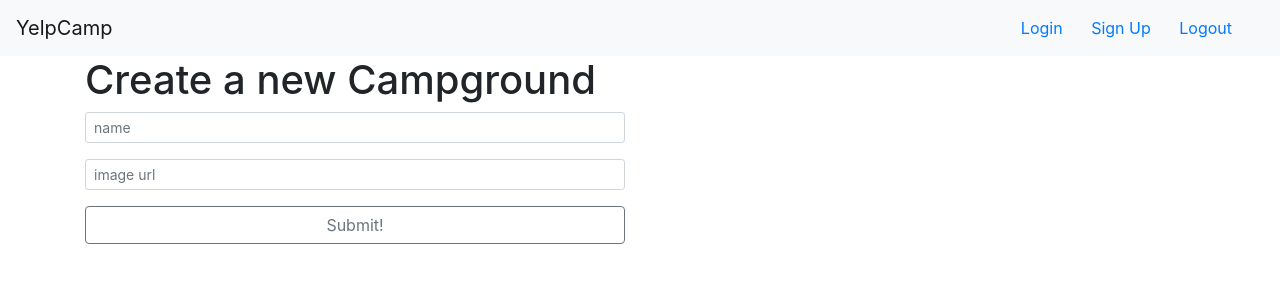
Repository: manojsatya/YelpCamp
Page: http://localhost/campgrounds/new
The author's editor kept a copy of each file at every save. The page is drawn from the files as they stood at one save, then again after the next save.
The browser window is 1280 px wide. The pictures show the whole page.
The page is served by the project's Node server (app.js).

Above is the page before, as saved 2019-06-14 18:05:30.
Console error: TypeError: Cannot read properties of undefined (reading 'fn')

### views/new.ejs
<% include partials/header %>


<div class="container">
    <div class="row">
        <div class="col-md-3 col-lg-6">
            <h1>Create a new Campground</h1>
            <form action="/campgrounds" method="POST">
                <div class="form-group">
                    <input class="form-control form-control-sm" type="text" name="name" id="" placeholder="name">
                </div>
                <div class="form-group">
                    <input class="form-control form-control-sm" type="text" name="image" id="" placeholder="image url">
                </div>
                <div class="form-group">
                    <button class="btn btn-outline-secondary btn-block"> Submit!</button>
                </div>
            </form>
        </div>
    </div>
</div>

<% include partials/footer %>

### views/partials/header.ejs
<!DOCTYPE html>
<html lang="en">
<head>
    <meta charset="UTF-8">
    <meta name="viewport" content="width=device-width, initial-scale=1.0">
    <meta http-equiv="X-UA-Compatible" content="ie=edge">
    <title>YelpCamp</title>
    <link rel="stylesheet" href="https://stackpath.bootstrapcdn.com/bootstrap/4.3.1/css/bootstrap.min.css">
</head>
<body>
        <nav class="navbar navbar-light bg-light">
                <a class = "navbar-brand" href="">YelpCamp</a>
                <div class="navbar-right mr-sm-2">
                    <a class = "mr-sm-4" href="">Login</a>
                    <a class = "mr-sm-4" href="">Sign Up</a>
                    <a class = "mr-sm-4" href="">Logout</a>
                </div>

            </nav>

        <script src="https://stackpath.bootstrapcdn.com/bootstrap/4.3.1/js/bootstrap.min.js"></script>

### app.js
var express = require("express");
var app = express();
var bodyParser = require("body-parser");

app.use(bodyParser.urlencoded({extended: true}));
app.set("view engine", "ejs");

var campgrounds = [
    {name: "Manoj Satya", image: "https://static.rootsrated.com/image/upload/s--_i1nqUT1--/t_rr_large_traditional/oy9xsbijv8wehnrzv0zt.jpg"},
    {name: "Shradha Shiv", image: "https://encrypted-tbn0.gstatic.com/images?q=tbn:ANd9GcQ5b9dOfcfle_RwfdPS21qwfn5kcQ_BfHuL4uoVApARc1INLCfp"},
    {name: "Meghana", image: "http://hudsonshope.ca/wp-content/uploads/2016/10/Inflatable-Boat.jpg"},
    {name: "Manoj Satya", image: "https://static.rootsrated.com/image/upload/s--_i1nqUT1--/t_rr_large_traditional/oy9xsbijv8wehnrzv0zt.jpg"},
    {name: "Shradha Shiv", image: "https://encrypted-tbn0.gstatic.com/images?q=tbn:ANd9GcQ5b9dOfcfle_RwfdPS21qwfn5kcQ_BfHuL4uoVApARc1INLCfp"},
    {name: "Meghana", image: "http://hudsonshope.ca/wp-content/uploads/2016/10/Inflatable-Boat.jpg"},
    {name: "Manoj Satya", image: "https://static.rootsrated.com/image/upload/s--_i1nqUT1--/t_rr_large_traditional/oy9xsbijv8wehnrzv0zt.jpg"},
    {name: "Shradha Shiv", image: "https://encrypted-tbn0.gstatic.com/images?q=tbn:ANd9GcQ5b9dOfcfle_RwfdPS21qwfn5kcQ_BfHuL4uoVApARc1INLCfp"},
    {name: "Meghana", image: "http://hudsonshope.ca/wp-content/uploads/2016/10/Inflatable-Boat.jpg"},
    {name: "Manoj Satya", image: "https://static.rootsrated.com/image/upload/s--_i1nqUT1--/t_rr_large_traditional/oy9xsbijv8wehnrzv0zt.jpg"},
    {name: "Shradha Shiv", image: "https://encrypted-tbn0.gstatic.com/images?q=tbn:ANd9GcQ5b9dOfcfle_RwfdPS21qwfn5kcQ_BfHuL4uoVApARc1INLCfp"},
    {name: "Meghana", image: "http://hudsonshope.ca/wp-content/uploads/2016/10/Inflatable-Boat.jpg"}
]

app.get("/", function(req, res){
    res.render("landing");
});

app.get("/campgrounds", function(req, res){
    res.render("campgrounds",{campgrounds:campgrounds});
});

app.post("/campgrounds", function(req, res){
    //get data from form and add to campground array
    var name = req.body.name;
    var image = req.body.image;
    var newCampground = {name: name, image: image};
    campgrounds.push(newCampground);
    //redirect back to campgrounds page
    res.redirect("/campgrounds");
});

app.get("/campgrounds/new", function(req, res){
    res.render("new.ejs");
});


app.listen(3000, function(){
    console.log("The YelpCamp Server has started");
});

Loaded but not shown: views/partials/footer.ejs (no stored copy; drawn as an empty file)

After the next save:
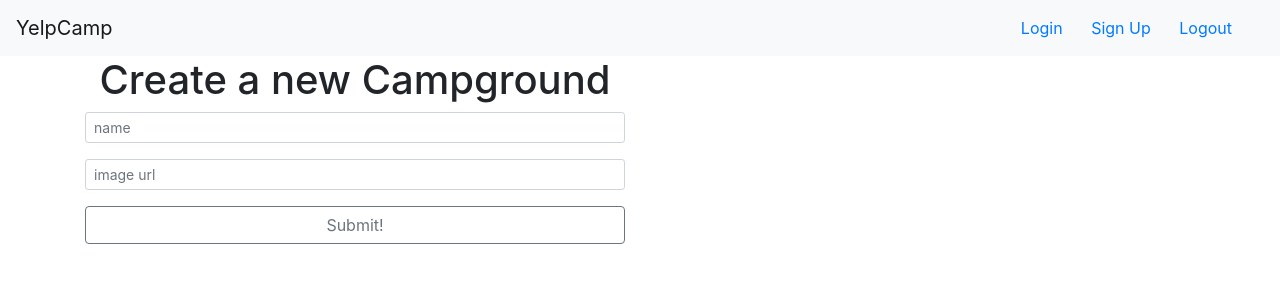
Saved 22 s later.
--- a/views/new.ejs
+++ b/views/new.ejs
@@ -2,7 +2,7 @@
 
 
 <div class="container">
-    <div class="row">
+    <div class="row text-center">
         <div class="col-md-3 col-lg-6">
             <h1>Create a new Campground</h1>
             <form action="/campgrounds" method="POST">
